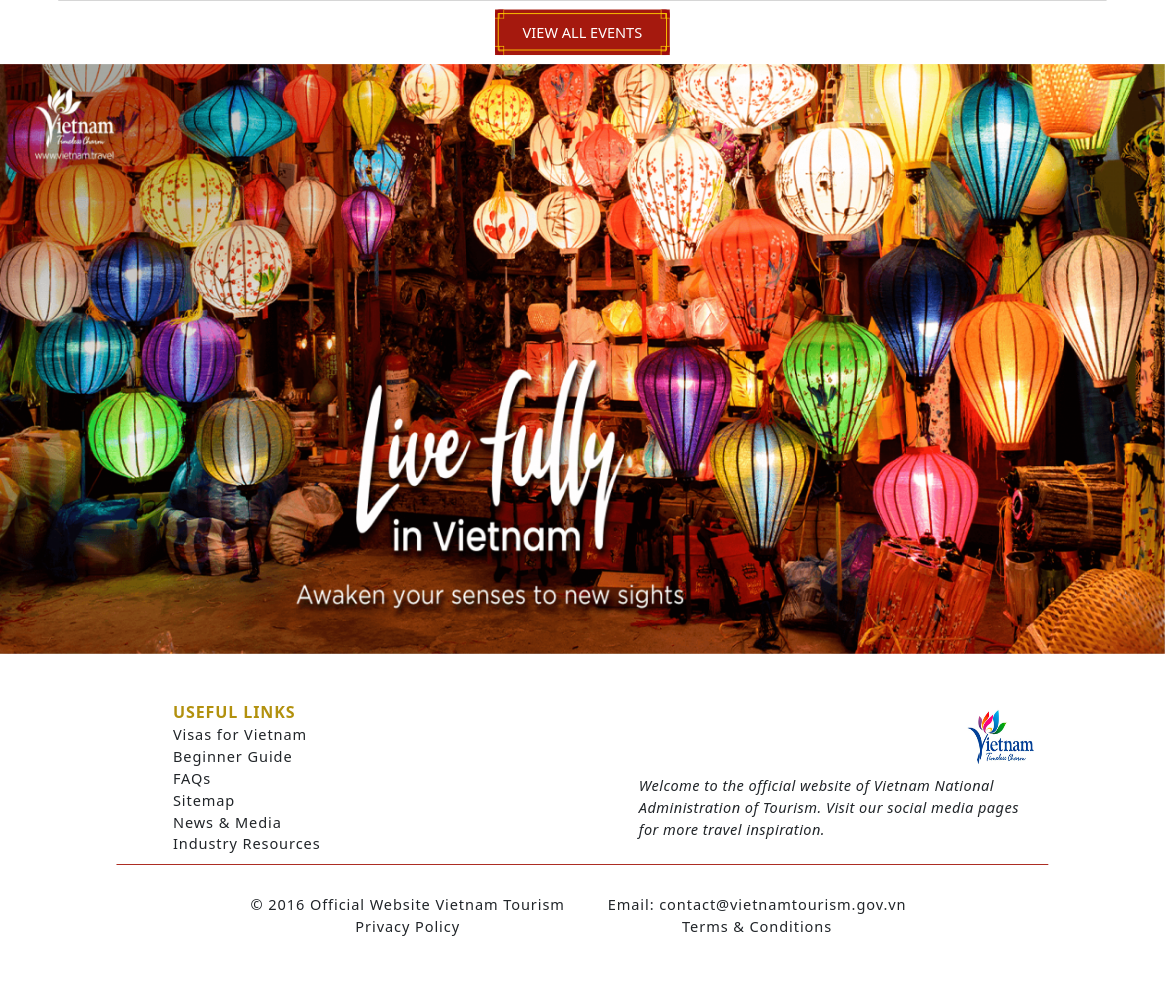
Repository: nguoilaisaochoi/TRAVEL-DEMO
Page: index.html
The author's editor kept a copy of each file at every save. The page is drawn from the files as they stood at one save, then again after the next save.
The browser window is 1280 px wide. The pictures show the part of the page from y = 2162 to 3277 px (the page is 3244 px tall before and 3277 px after), at 91% of full size.
A picture or video elsewhere on the page could not be fetched, so the positions and the page height are approximate.

Above is the page before, as saved 2023-03-27 18:40:22.

### index.html
<!DOCTYPE html>
<html lang="en">
  <head>
    <meta charset="UTF-8" />
    <meta http-equiv="X-UA-Compatible" content="IE=edge" />
    <meta name="viewport" content="width=device-width, initial-scale=1.0" />
    <link rel="stylesheet" href="./index.css" />
    <script src="./index.js"></script>
    <link
      href="https://cdn.jsdelivr.net/npm/bootstrap@5.0.2/dist/css/bootstrap.min.css"
      rel="stylesheet"
      integrity="sha384-EVSTQN3/azprG1Anm3QDgpJLIm9Nao0Yz1ztcQTwFspd3yD65VohhpuuCOmLASjC"
      crossorigin="anonymous"
    />
    <title>Document</title>
  </head>
  <body>
    <div id="header">
      <img id="logo" src="./img_vd/logo.jpg" alt="" />
      <a href="#" onclick="showmenu()"><img id="vmenu" src="./img_vd/navmenu.jpg" /></a>
      <div id="menu">
        <li id="menucon">Live fully in Vietnam</li>
        <li id="menucon">Places to go</li>
        <li id="menucon">Things to do</li>
        <li id="menucon">Plan your trip</li>
        <li id="menucon">Green travel</li>
        <li id="menucon">Travel offers</li>
        <li id="menucon" onclick="addlang()" style="cursor: pointer">EN</li>
        <li id="lang"><p style="margin-top: 10px">日本語</p></li>
      </div>
    </div>
    <div id="vid">
      <video width="100%" autoplay muted loop src="./img_vd/1.mp4"></video>
    </div>
    <div id="content">
      <div id="cn1">
        <p id="start">LIVE FULLY IN VIETNAM</p>
        <p>Spectacular nature. Exceptional cuisine. Cultural diversity. Excellent service.</p>
        <p>
          Vietnam has fully reopened for international tourism without Covid-19 restrictions (No
          vaccination certificate, No test requirements, No quarantine, No medical declaration) and
          restored visa policies and immigration procedures as before Covid-19.
        </p>
        <p>
          Now you are free to discover and enjoy various wild nature destinations like limestone
          mountains, green terraced rice fields, and white sandy beaches. Holidays are coming, let’s
          get away from it all.
        </p>
        <p>
          Take in new sights, sounds, and flavors. Enjoy experiences that are truly memorable. Let’s
          explore, relax, and play. Live fully in Vietnam.
        </p>
      </div>
      <div id="cn2" class="row">
        <div id="cn21" class="col-md-12 col-lg-6">
          <div id="big">
            <img src="./img_vd/cn21.jpg" alt="" />
            <div id="tt">
              <div id="tt1"><p>Culture</p></div>
              <div id="tt2">
                <p>A guide to the boat tours of Ninh Binh</p>
              </div>
            </div>
          </div>
        </div>
        <div id="cn22" class="col-6 col-md-6 col-lg-3">
          <div id="big">
            <img src="./img_vd/cn22small.jpg" alt="" />
            <div id="tt">
              <div id="tt1"><p>Culture</p></div>
              <div id="tt2">
                <p>Enjoy the great outdoors in Ho Chi Minh City</p>
              </div>
            </div>
          </div>
        </div>
        <div id="cn23" class="col-6 col-md-6 col-lg-3">
          <div id="big">
            <img src="./img_vd/cn23smal.jpg" alt="" />
            <div id="tt">
              <div id="tt1"><p>Luxury</p></div>
              <div id="tt2">
                <p>Comfort Meets Culture at Hanoi's Luxury Hotels</p>
              </div>
            </div>
          </div>
        </div>
        <div id="cn24" class="col-lg-6">
          <div id="big">
            <img src="./img_vd/cn24.jpg" alt="" />
            <div id="tt">
              <div id="tt1"><p>Nature</p></div>
              <div id="tt2">
                <p>Binh Thuan: A Waterfall Paradise</p>
              </div>
            </div>
          </div>
        </div>
        <div id="cn24" class="col-lg-6">
          <div id="big">
            <img src="./img_vd/cn25.jpg" alt="" />
            <div id="tt">
              <div id="tt1"><p>Adventure</p></div>
              <div id="tt2">
                <p>Vung Tau - A sightseeing wonderland</p>
              </div>
            </div>
          </div>
        </div>
      </div>
    </div>
    <div id="whaton">
      <p style="font-size: 220%; color: #b2910e; text-transform: uppercase; font-weight: bold">
        What on?
      </p>
      <p style="font-size: 140%; letter-spacing: 0.5px">Check out upcoming events in Vietnam</p>
      <div id="event">
        <div id="e1" class="ev">
          <img src="./img_vd/e1.jpg" />
          <div id="info">
            <p>11 Mar 2023 - 13 Mar 2023</p>
            <p id="info2">Ban Flower Festival</p>
          </div>
        </div>
        <div id="e2" class="ev">
          <img src="./img_vd/e2.jpeg" />
          <div id="info">
            <p>10 Mar 2023 - 14 Mar 2023</p>
            <p id="info2">Buon Ma Thuot Coffee Festival</p>
          </div>
        </div>
        <div id="e3" class="ev">
          <img src="./img_vd/e3.jpeg" />
          <div id="info">
            <p>06 Mar 2023 - 11 Mar 2023</p>
            <p id="info2">Huong Pagoda Festival</p>
          </div>
        </div>
        <div id="e4" class="ev">
          <img src="./img_vd/e4.jpeg" />
          <div id="info">
            <p>08 Mar 2023 - 10 Mar 2023</p>
            <p id="info2">Da Nang Quan The Am Festival</p>
          </div>
        </div>
      </div>
      <div id="allev">
        <div id="allev1">
          <p>view all events</p>
        </div>
      </div>
    </div>
    <img id="VNAT" src="./img_vd/VNAT Cover 2.png" width="100%" height="90%" />
    <!--FOOTER-->
    <div id="footer">
      <div id="ctfooter" class="row">
        <div id="ctfooter1" class="col-lg-6">
          <li style="color: #b2910e; font-weight: bold; letter-spacing: 1px; font-size: 110%">
            USEFUL LINKS
          </li>
          <li>Visas for Vietnam</li>
          <li>Beginner Guide</li>
          <li>FAQs</li>
          <li>Sitemap</li>
          <li>News & Media</li>
          <li>Industry Resources</li>
        </div>
        <div id="ctfooter2" class="col-lg-6">
          <img src="./img_vd/logo-bw.png" />
          <p style="margin-top: 10px">
            Welcome to the official website of Vietnam National Administration of Tourism. Visit our
            social media pages for more travel inspiration.
          </p>
        </div>
      </div>
      <div id="about" class="row">
        <li class="col-lg-6">© 2016 Official Website Vietnam Tourism</li>
        <li class="col-lg-6">Email: contact@vietnamtourism.gov.vn</li>
        <li class="col-lg-6">Privacy Policy</li>
        <li class="col-lg-6">Terms & Conditions</li>
      </div>
    </div>
  </body>
</html>

### index.css
/*--------------MOBILE--------------------*/
@media screen and (min-width: 225px) {
  body {
    width: 100%;
    height: 100vh;
    margin: 0;
    font-family: Arial, Helvetica, sans-serif;
  }
  #header {
    position: relative;
    width: 100%;
    height: 50px;
    background-color: white;
    z-index: 2;
  }
  #footer {
    width: 100%;
    min-height: 364px;
    background-color: white;
    display: flex;
    justify-content: center;
    flex-direction: column;
  }
  #ctfooter {
    margin: auto;
    width: 100%;
    height: 90%;
    margin-top: 10px;
    border-bottom: 1px solid #a5190e;
  }
  #ctfooter1 {
    list-style: none;
    letter-spacing: 1px;
    display: flex;
    justify-content: center;
    align-items: center;
    flex-direction: column;
  }
  #ctfooter2 {
    letter-spacing: 0.5px;
    font-style: italic;
    display: flex;
    flex-direction: column;
    justify-content: center;
    align-items: center;
    text-align: center;
  }
  #ctfooter2 img {
    margin-top: 10px;
    width: 30%;
    height: 35%;
  }
  #about {
    margin: auto;
    width: 100%;
    height: 200px;
    list-style: none;
    margin-top: 10px;
  }
  #about li {
    text-align: center;
    letter-spacing: 1px;
    height: 20px;
  }
  #vid {
    width: 100%;
    min-height: 100px;
    overflow: hidden;
    z-index: 0;
  }
  #logo {
    position: relative;
    z-index: 1;
    max-width: 20%;
    margin-left: 5%;
  }
  #start {
    margin-top: 20px;
    font-size: 160%;
    font-weight: bold;
    color: #b2910e;
    letter-spacing: 1px;
  }
  #vmenu {
    float: right;
    width: 10%;
    margin: 2%;
  }
  #menu {
    z-index: 0;
    position: absolute;
    list-style: none;
    display: block;
    flex-direction: column;
    width: 100%;
    margin-top: -10px;
    height: 0px;
    background-color: white;
    overflow: hidden;
    animation: animate2 0.5s ease;
  }
  #menu.active {
    z-index: 0;
    position: absolute;
    list-style: none;
    display: block;
    flex-direction: column;
    width: 100%;
    background-color: white;
    overflow: hidden;
    height: auto;
    animation: animate 0.5s ease;
    border-bottom: 5px solid #a5190e;
  }
  @keyframes animate {
    0% {
      height: 0px;
    }
    100% {
      height: 285px;
    }
  }
  @keyframes animate2 {
    0% {
      height: 285px;
    }
    100% {
      height: 0px;
    }
  }
  #lang {
    display: flex;
    width: 100%;
    justify-content: center;
    background-color: rgb(255, 255, 227);
    height: 0px;
    overflow: hidden;
    transition: 0.2s ease;
    text-decoration: none;
    color: gray;
  }
  #lang.active {
    display: flex;
    width: 100%;
    justify-content: center;
    background-color: rgb(255, 255, 227);
    height: 40px;
    overflow: hidden;
  }
  #menucon {
    display: flex;
    align-items: center;
    justify-content: center;
    width: 100%;
    height: 40px;
    margin-left: 0px;
    margin-right: 0px;
    font-size: 14px;
    transition: 0.2s ease;
    font-weight: bold;
    color: gray;
    border-bottom: 1px solid gray;
  }
  #menucon:hover {
    background-color: #80808039;
    cursor: pointer;
    color: rgb(145, 0, 0);
  }
  #content {
    display: flex;
    width: 100%;
    min-height: 400px;
    background-color: aqua;
    margin: auto;
    flex-wrap: wrap;
    justify-content: center;
    background: url(./img_vd/background.jpg) no-repeat;
    background-size: cover;
  }
  #cn1 p {
    text-align: center;
    letter-spacing: 2px;
  }
  #cn1 {
    width: 100%;
  }
  #cn2 {
    width: 100%;
  }
  #cn21,
  #cn22,
  #cn23,
  #cn24,
  #cn25 {
    height: 200px;
    position: relative;
    overflow: hidden;
    display: flex;
  }
  #cn22 #big img,
  #cn23 #big img {
    width: 140%;
  }
  #big {
    width: 100%;
    height: 90%;
    background-color: aliceblue;
    margin: auto;
    position: relative;
    overflow: hidden;
    border-radius: 5px;
  }
  #big img {
    position: absolute;
    width: 100%;
    height: 314px;
    z-index: 0;
  }

  #cn22 #big img {
    position: absolute;
    bottom: -40px;
  }
  #cn23 #big img {
    position: absolute;
    bottom: 0;
  }
  #tt {
    position: absolute;
    width: 100%;
    z-index: 1;
    bottom: 0;
  }
  #tt1 {
    max-height: 30px;
    width: 100px;
    background: url(./img_vd/bg-red-pattern.png);
    background-size: cover;
    z-index: 1;
    display: flex;
    text-transform: uppercase;
  }
  #tt1 p {
    color: white;
    font-weight: bold;
    margin: auto;
  }
  #tt2 {
    background-color: rgba(0, 0, 0, 0.501);
    padding: 2%;
    color: white;
    font-weight: bold;
    text-transform: uppercase;
    display: flex;
  }
  #tt2 p {
    margin-bottom: 0px;
    font-size: 90%;
  }
  #whaton {
    width: 100%;
    min-height: 667px;
    background-color: white;
    text-align: center;
  }
  #event {
    width: 90%;
    min-height: 150px;
    background: url(./img_vd/bg-red-pattern.png);
    background-size: 100px;
    display: flex;
    flex-direction: column;
    margin: auto;
    padding: 10px;
  }
  #e1,
  #e2,
  #e3,
  #e4 {
    position: relative;
    z-index: 0;
  }
  #event div {
    width: 100%;
    height: 150px;
    overflow: hidden;
  }
  #event img {
    width: 100%;
  }
  #info {
    position: absolute;
    z-index: 1;
    top: 0;
    color: white;
    width: 100%;
    background: linear-gradient(rgba(0, 0, 0, 0.737), transparent 70%);
  }
  #info p {
    text-align: left;
    margin-left: 10px;
    margin-top: 10px;
    line-height: 22px;
  }
  #info2 {
    font-weight: bold;
    font-size: 120%;
    text-transform: uppercase;
  }
  #allev {
    cursor: pointer;
    display: flex;
    margin: auto;
    margin-top: 10px;
    margin-bottom: 10px;
    width: 90%;
    height: 50px;
    background-color: #a5190e;
    background-image: url(./img_vd/bg-red-tl.png), url(./img_vd/bg-red-tr.png),
      url(./img_vd/bg-red-br.png), url(./img_vd/bg-red-bl.png);
    background-repeat: no-repeat;
    background-position: 0 0, 100% 0, 100% 100%, 0 100%;
  }
  #allev1 {
    width: 98%;
    margin: auto;
    border: 1px solid #ffcc00;
    text-transform: uppercase;
  }
  #allev1 p {
    margin-top: 4%;
    line-height: 10px;
    color: white;
  }
}
/*--------------TABLET--------------------*/
@media screen and (min-width: 768px) {
  #footer {
    width: 100%;
    min-height: 364px;
    background-color: white;
    display: flex;
    justify-content: center;
    flex-direction: column;
  }
  #ctfooter {
    width: 100%;
    height: 90%;
    margin-top: 10px;
    border-bottom: 1px solid #a5190e;
  }
  #ctfooter1 {
    align-items: flex-start;
  }
  #ctfooter2 {
    align-items: flex-end;
    text-align: start;
  }
  #ctfooter1 li,
  #ctfooter2 p {
    margin-left: 50px;
  }
  #ctfooter2 img {
    width: 12%;
    height: 40%;
  }
  #start {
    font-size: 350%;
  }
  #cn1 {
    width: 90%;
  }
  #cn2 {
    width: 90%;
  }
  #cn21,
  #cn22,
  #cn23,
  #cn24,
  #cn25 {
    height: 310px;
    position: relative;
    overflow: hidden;
    display: flex;
  }

  #big img {
    display: flex;
    height: 314px;
    transition: 0.5s ease;
  }
  #tt2 p {
    font-size: 110%;
  }
  #whaton {
    min-height: 130px;
  }
  #event {
    width: 90%;
    flex-direction: row;
  }
  #event div {
    height: 280px;
  }
  #event img {
    width: auto;
    height: 344px;
    position: relative;
    right: 155px;
  }
  #e1,
  #e2,
  #e3,
  #e4 {
    margin: 0.5%;
    border-radius: 5px;
  }
  #allev {
    width: 25%;
  }
  #allev1 {
    width: 96%;
    height: 83%;
    display: flex;
  }
  #allev1 p {
    margin: auto;
  }
}
/*--------------DESKTOP--------------------*/
@media screen and (min-width: 992px) {
  #header {
    width: 100%;
    height: 90px;
  }
  #ctfooter {
    margin: auto;
    width: 80%;
  }
  #ctfooter2 img {
    width: 16%;
    height: 40%;
  }
  #ctfooter1,
  #ctfooter2 {
    margin-bottom: 10px;
  }
  #about {
    width: 60%;
    height: 50px;
    margin: auto;
    margin-top: -20px;
  }
  #about li {
    height: 20px;
  }
  #vmenu {
    display: none;
  }
  #logo {
    width: 10%;
  }
  #menu {
    display: inline-flex;
    height: 90px;
    margin: 0;
    width: 80%;
    margin-left: 20px;
    flex-direction: row;
    background-color: transparent;
    overflow: visible;
  }
  #menucon {
    height: 90px;
    width: 150px;
    font-size: 80%;
    border-bottom: none;
    text-align: center;
  }
  #lang {
    z-index: 1;
    position: relative;
    top: 90px;
    right: 12.4%;
    width: 150px;
    background-color: white;
  }
  #lang.active {
    z-index: 1;
    position: relative;
    top: 90px;
    right: 12.4%;
    width: 150px;
    background-color: white;
    border-bottom: 5px solid #a5190e;
  }
  #cn2 {
    width: 100%;
  }
  #cn1 {
    width: 90%;
  }
  #cn2 {
    width: 90%;
  }
  #cn21,
  #cn22,
  #cn23,
  #cn24,
  #cn25 {
    height: 310px;
    position: relative;
    overflow: hidden;
    display: flex;
  }
  #big {
    width: 100%;
    height: 90%;
    background-color: aliceblue;
    margin: auto;
    position: relative;
    overflow: hidden;
  }
  #big:hover > img {
    scale: 1.1;
  }
  #big img {
    height: 370px;
    transition: 0.5s ease;
  }
  #tt2 p {
    font-size: 110%;
  }
  #info2 {
    font-size: 150%;
  }
  .ev img {
    transition: 0.5s ease;
  }
  .ev:hover > img {
    scale: 1.1;
  }
  #allev {
    width: 15%;
  }
  #allev1 {
    width: 97%;
    height: 83%;
  }
}

### index.js
/*function showLoginForm() {
  var abc = document.getElementById("menu");
  if (abc.style.display === "flex") {
    abc.style.display = "none";
  } else {
    abc.style.display = "flex";
  }
}*/
function showmenu() {
  var abc = document.getElementById("menu");
  if (abc.classList.contains("active")) {
    abc.classList.remove("active");
  } else {
    abc.classList.add("active");
  }
}
function addlang() {
  var abc = document.getElementById("lang");
  if (abc.classList.contains("active")) {
    abc.classList.remove("active");
  } else {
    abc.classList.add("active");
  }
}

After the next save:
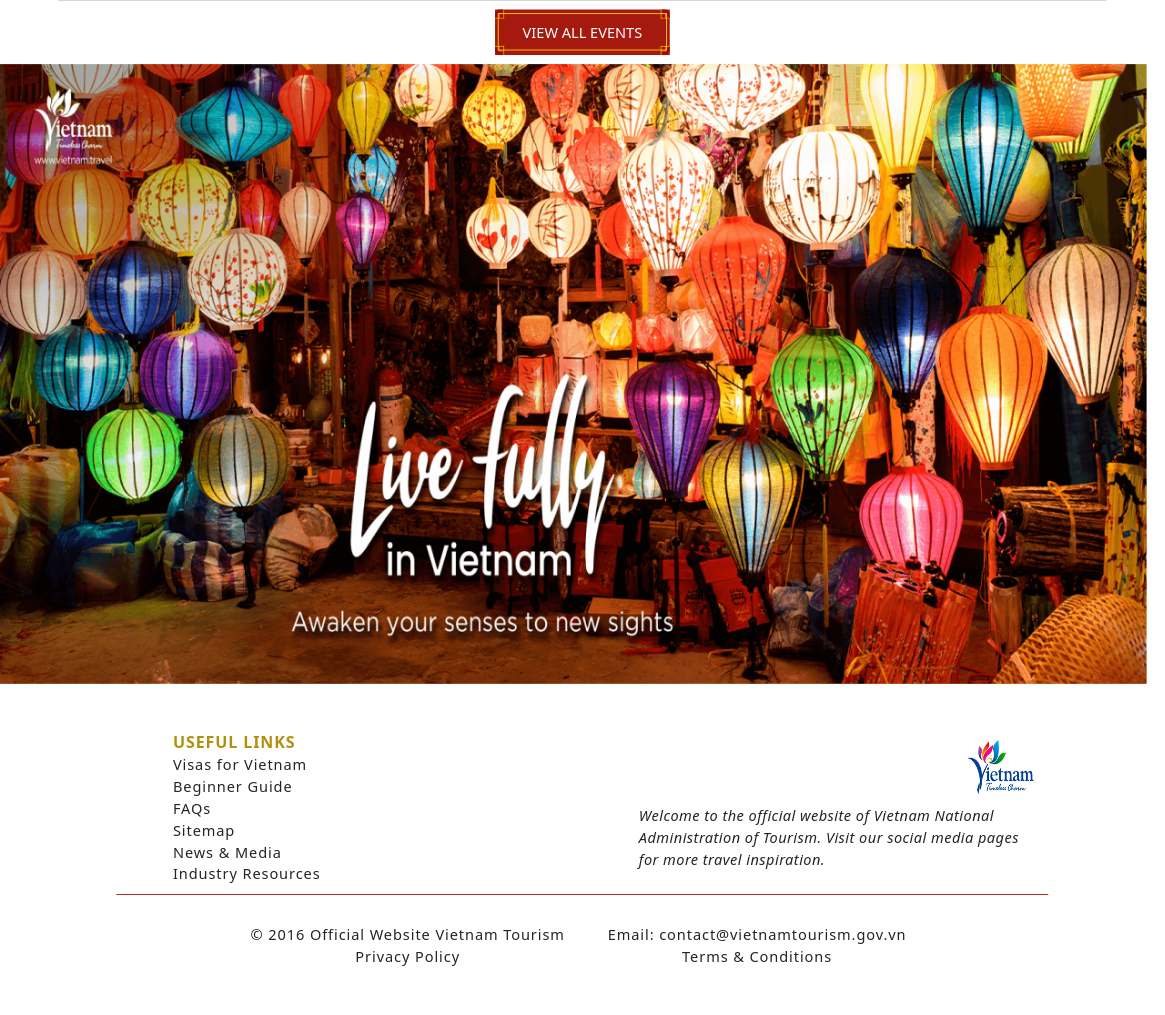
Saved 7 s later.
--- a/index.html
+++ b/index.html
@@ -150,7 +150,7 @@
         </div>
       </div>
     </div>
-    <img id="VNAT" src="./img_vd/VNAT Cover 2.png" width="100%" height="90%" />
+    <img id="VNAT" src="./img_vd/VNAT Cover 2.png" />
     <!--FOOTER-->
     <div id="footer">
       <div id="ctfooter" class="row">
